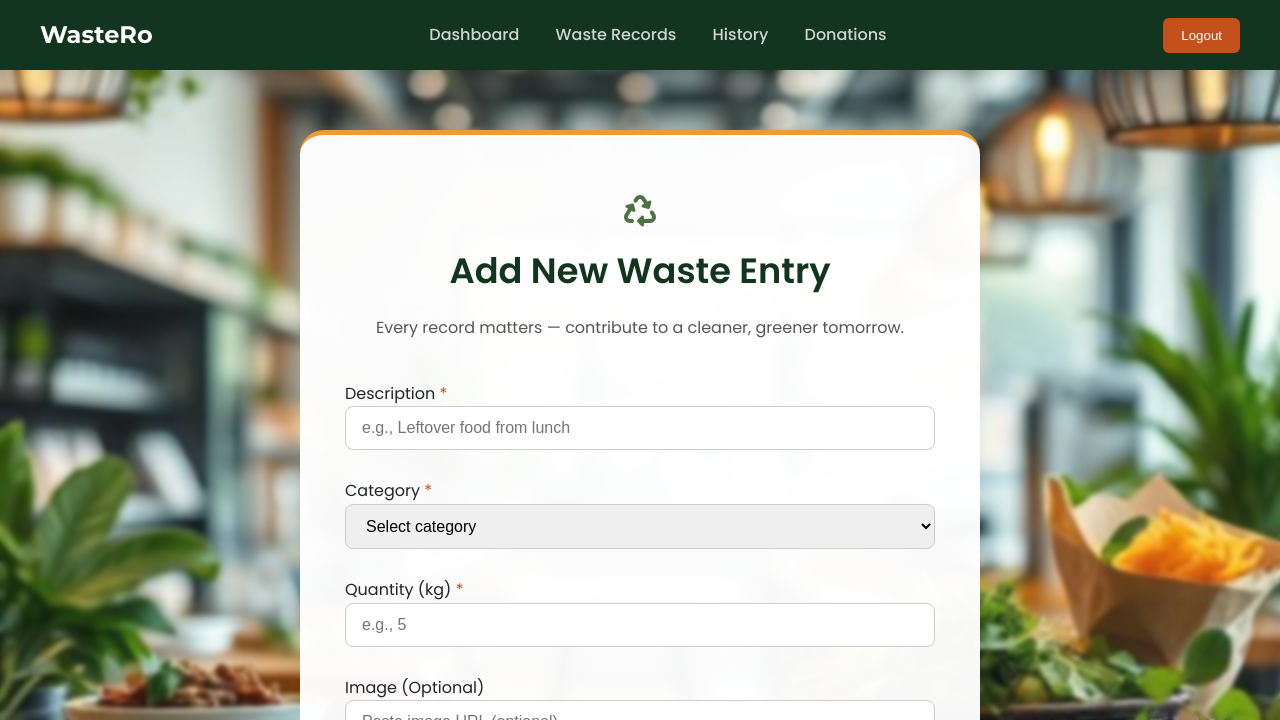
Repository: mahekagrawal25/restaurant-waste-management
Page: frontend/addwaste.html
The author's editor kept a copy of each file at every save. The page is drawn from the files as they stood at one save, then again after the next save.
The browser window is 1280 px wide. The pictures show the whole page.
An inner scrolling area shows only its first screen.

Above is the page before, as saved 2025-04-26 13:07:23.

After the next save:
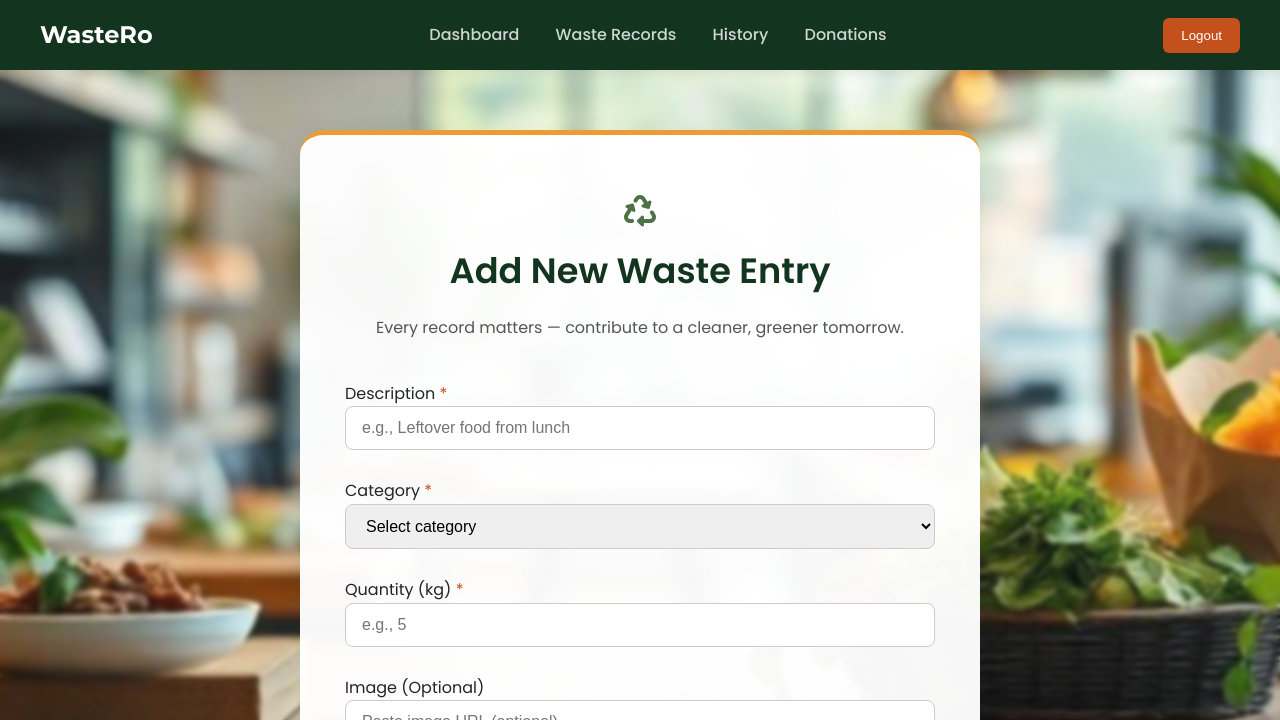
Saved 27 s later.
--- a/frontend/addwaste.html
+++ b/frontend/addwaste.html
@@ -30,7 +30,7 @@
         height: 100%;
         overflow: hidden;
         font-family: "Poppins", sans-serif;
-        background: url("./images/restro5.jpg") no-repeat center center fixed;
+        background: url("./images/restro6.jpg") no-repeat center center fixed;
         background-size: cover;
       }
 

After the save that followed:
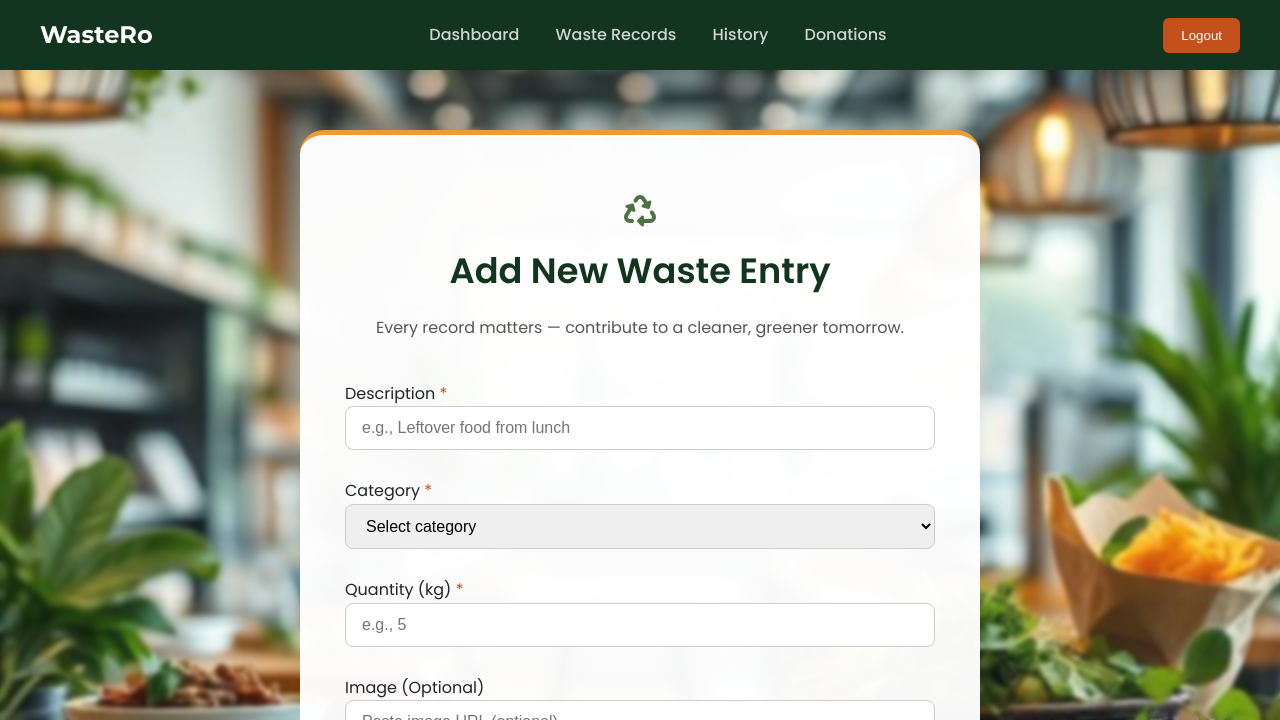
Saved 9 s later.
--- a/frontend/addwaste.html
+++ b/frontend/addwaste.html
@@ -30,7 +30,7 @@
         height: 100%;
         overflow: hidden;
         font-family: "Poppins", sans-serif;
-        background: url("./images/restro6.jpg") no-repeat center center fixed;
+        background: url("./images/restro5.jpg") no-repeat center center fixed;
         background-size: cover;
       }
 
